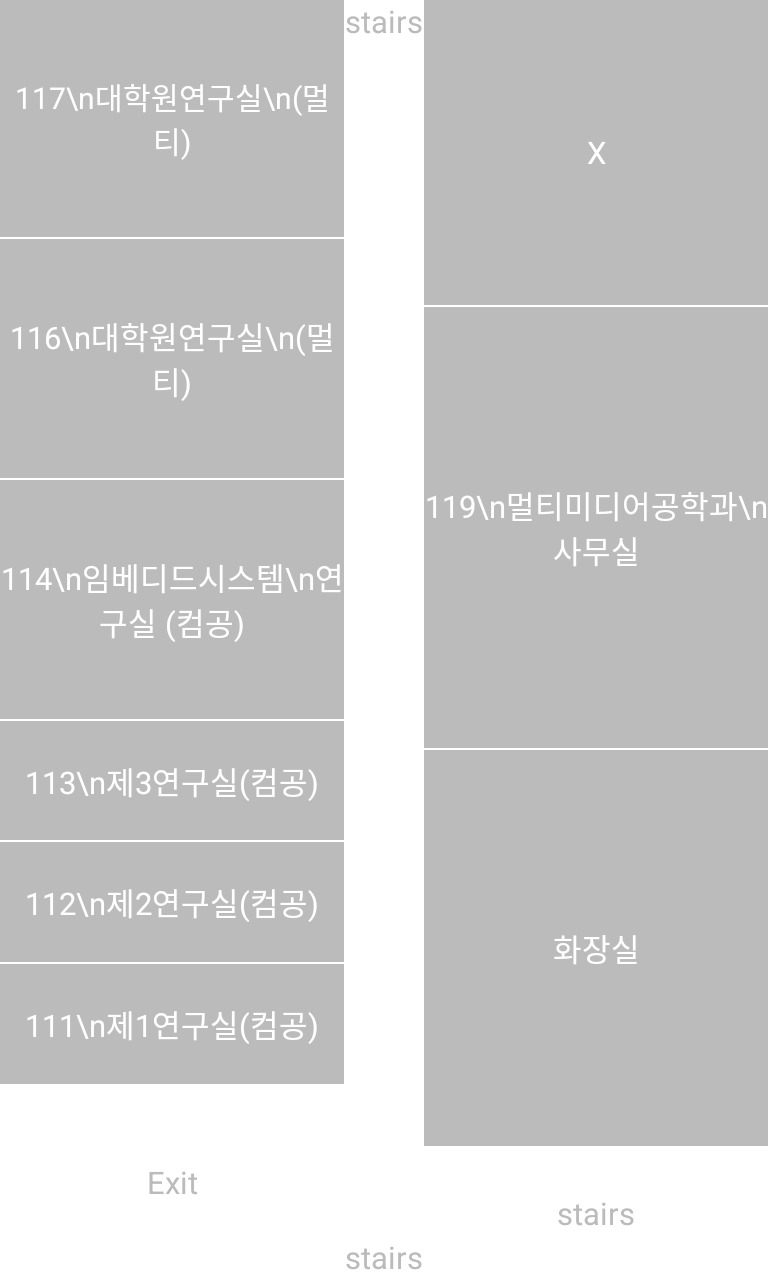
Repository: Choi-HyunWoo/Baddest
Layout: WorkOn_Hyunwoo/hansung.campusmap/res/layout/campus_gonghakb1.xml
The author's editor kept a copy of each file at every save. The layout is drawn from the files as they stood at one save, then again after the next save.
It is drawn on a 768 x 1280 px phone screen (xhdpi) without system bars, with theme android:Theme.Light.NoTitleBar; the app's code is not run.

Above is the layout before, as saved 2014-05-30 18:22:46.

After the next save:
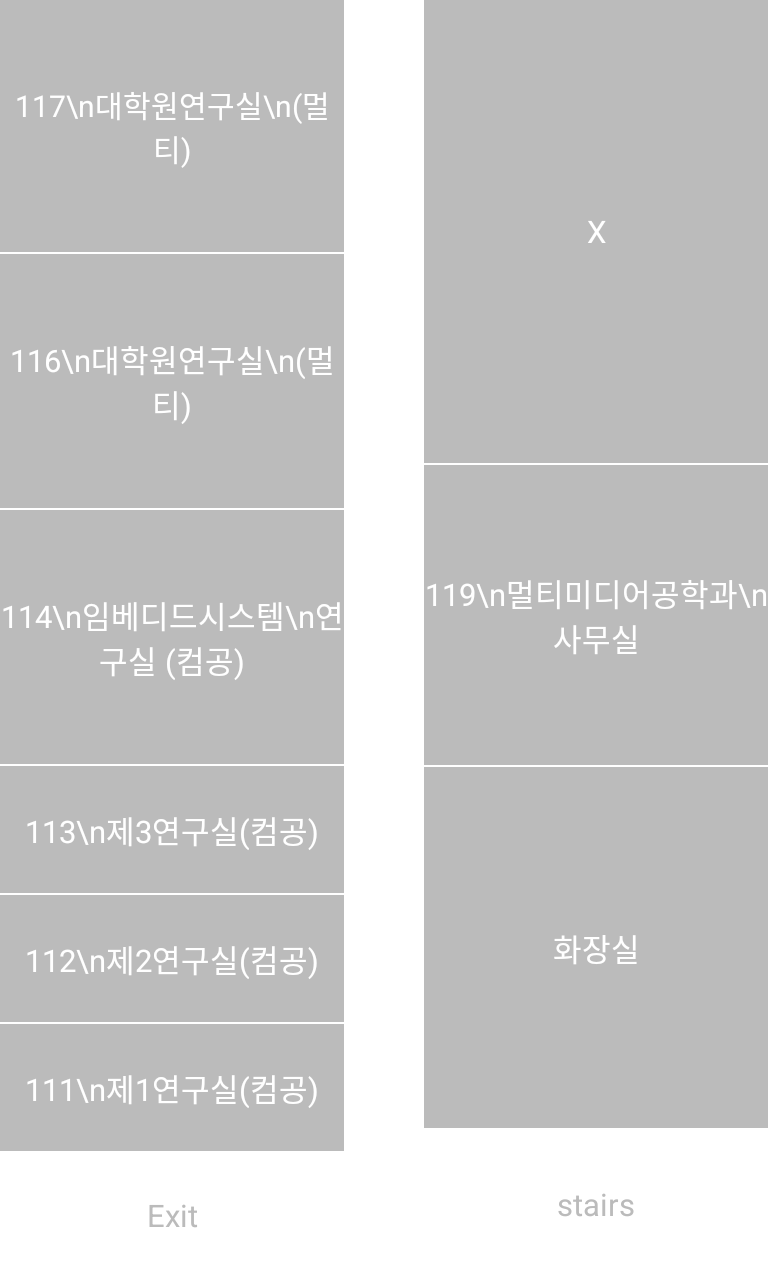
Saved 4 min 48 s later.
--- a/WorkOn_Hyunwoo/hansung.campusmap/res/layout/campus_gonghakb1.xml
+++ b/WorkOn_Hyunwoo/hansung.campusmap/res/layout/campus_gonghakb1.xml
@@ -38,7 +38,7 @@
             style="@style/RoomButton" />
         <Button
             android:text="Exit"
-            android:layout_weight="2"
+            android:layout_weight="1"
             style="@style/WhitePlace" />
 
     </LinearLayout>
@@ -47,6 +47,7 @@
     	android:layout_width="40dp"
         android:layout_height="match_parent"
         android:orientation="vertical" >
+        <!--
 	    <TextView
 	        android:text="stairs"
 	        style="@style/WhitePlace"
@@ -59,7 +60,7 @@
 	        android:layout_width="match_parent"
 	        android:layout_height="wrap_content"
 	        android:layout_alignParentBottom="true" />
-
+	  	-->
 	</RelativeLayout>
 
     <LinearLayout
@@ -70,15 +71,15 @@
 
         <Button
             android:text="X"
-            android:layout_weight="3"
+            android:layout_weight="4"
             style="@style/RoomButton" />
         <Button
             android:text="119\n멀티미디어공학과\n사무실"
-            android:layout_weight="4"
+            android:layout_weight="2"
             style="@style/RoomButton" />
         <Button
             android:text="화장실"
-            android:layout_weight="4"
+            android:layout_weight="3"
             style="@style/RoomButton" />
         <Button
             android:text="stairs"
